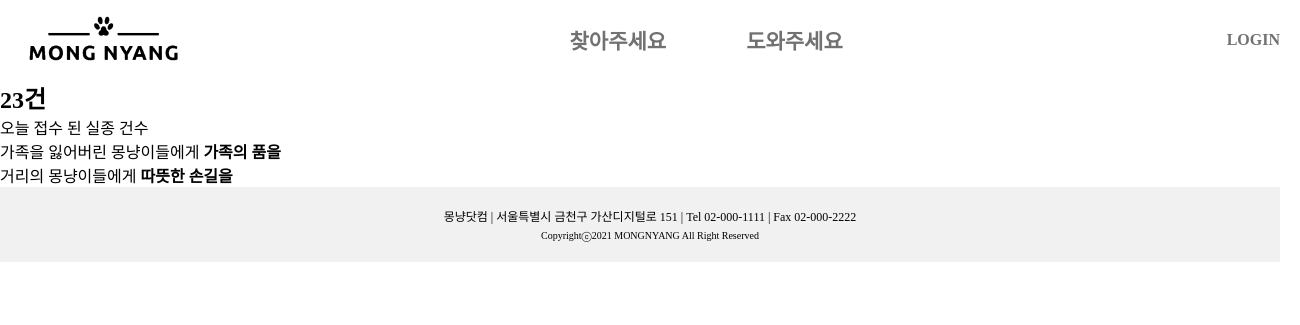
Repository: yl9517/2021.08.10_MONGNYANG_JSP
Page: http://localhost/mongNyang/main.jsp
An editor plug-in stored every save of this project. The page is shown before and after the next save, followed by the edit.
The browser window is 1280 px wide. The page is 1300 px wide, so the pictures cover 1300 px, including what lies to the right of the window. The pictures show the whole page.
The page is served by Tomcat 9. Other server files are loaded and not shown.

Above is the page before, as saved 2021-08-13 15:06:30.

### mongNyang/WebContent/main.jsp
<%@ page language="java" contentType="text/html; charset=UTF-8"
    pageEncoding="UTF-8"%>
<!DOCTYPE html>
<html>
<head>

<meta charset="UTF-8">
<title>Insert title here</title>
<link rel="stylesheet" href="../css/main.css">
</head>
<body>
	<%@ include file="header.jsp" %>

	<div id="main_wrap">
		<div id="main_img">
			<div id="chart">
				<div class="data">
					<h2>23건</h2>
					<p>오늘 접수 된 실종 건수</p>
				</div>
			</div>
			<p class="msg">
				가족을 잃어버린 몽냥이들에게 <b>가족의 품을</b> <br>
				거리의 몽냥이들에게 <b>따뜻한 손길을</b>
			</p>
		</div>
	</div>


	<%@ include file="footer.jsp" %>
</body>
</html>

### mongNyang/WebContent/header.jsp
<%@ page language="java" contentType="text/html; charset=UTF-8"
    pageEncoding="UTF-8"%>
<!DOCTYPE html>
<html>
<head>
<meta charset="UTF-8">
<title>Insert title here</title>
<link rel="stylesheet" href="../css/header2.css">
<script src="https://code.jquery.com/jquery-3.6.0.min.js"></script>
</head>
<body>
	<header>
		<nav id="head">
			<div class="logo">
				<img src="../images/logo.png" alt="logo">
			</div>
			<ul class="boards">
				<li><a href="#"> 찾아주세요</a> </li>
				<li><a href="#"> 도와주세요</a> </li>
			</ul>

			<!-- 로그인 null -->
			<div class="user">
				<a href="#">LOGIN</a>
			</div>

			<a href="#" class="toogleBtn">
				<img src="../images/line.png" alt="toogle">
			</a>
		</nav>
	</header>
	<script src="../js/header.js"></script>
</body>
</html>

### mongNyang/WebContent/footer.jsp
<%@ page language="java" contentType="text/html; charset=UTF-8"
    pageEncoding="UTF-8"%>
<!DOCTYPE html>
<html>
<head>
<meta charset="UTF-8">
<title>Insert title here</title>
<link rel="stylesheet" href="../css/footer.css">
</head>
<body>
	<footer>
		<div id="foot">
			<div id="shopInfo">
				<p>몽냥닷컴  | 서울특별시 금천구 가산디지털로 151  |  Tel 02-000-1111  |  Fax 02-000-2222</p>
					<p>Copyrightⓒ2021 MONGNYANG   All Right Reserved</p>
			</div>
		</div>
	</footer>
</body>
</html>

### mongNyang/WebContent/css/main.css
*{
	margin:0;
	padding:0;
	box-sizing: border-box;
}

/* 메인 전체 */
#mainWrap{
	width : 100%;
	height : 780px;
}

/* 메인 이미지 */
#mainImg{
	height : 100%;
	background-image: url("../images/bigMainBack.jpg");
	background-repeat: no-repeat;
	background-position: center center;
	background-size: cover;
	background-attachment: fixed;
}

/* 데이터 */
#mainWrap #data{
	list-style:none;
	background-color: rgba(0,0,0,0.3);
	text-align: center;
	color : white;

	position: absolute;
	top: 200px;
	right : 30px;

}
#data li{
	float: left;
	width : 260px;
	height :260px;
	padding: 22px;
}

#data li h2{
	font-size: 53px;
	padding-bottom : 20px;
	border-bottom: 5px solid rgba(255,255,255,0.7);
}
#data li p{
	font-size: 22px;
	margin-top : 50px;
	font-weight: bolder;
}
#data li:first-child p{
	margin-top : 30px;
}

/* 메세지 */
#mainWrap .msg{
	font-size: 45px;
    color: white;
    position: absolute;
    top: 680px;
    left: 60px;
}




/* 768px 미만 시 */
@media screen and (max-width:768px){
	#mainWrap .msg{
	   display: none;
	}
}

### mongNyang/WebContent/css/header2.css
*{
	margin:0;
	padding:0;
	box-sizing: border-box;
}
a{
	text-decoration: none;
	color: #717171;
}

/* 헤더 감싼 부분 */
header{
	width: 100%;
}

/* 헤더 */
#head{
	width: 1300px;
	height : 80px;
	margin: 0 auto;
	text-align :center;

	display: flex;
	justify-content: space-between;
	align-items: center;
	padding: 20px;

}
/* 로고  */
#head .logo img{
	height: 50px;
}

/* 게시판 */
#head .boards{
	display: flex;
	list-style: none;
}

#head .boards li{
	padding : 10px 30px;
	margin : 0 10px;
	font-size:21px;
	font-weight: bolder;
	cursor: pointer;
}
#head .boards li:hover{
	color:black;
}

/* 유저 */
#head .user{
	color : #A8A8A8;
	font-weight: bolder;
}
#head .user:hover{
	color:black;
}

/* 토글버튼 */
#head .toogleBtn img{
	width: 32px;
}

#head .toogleBtn{
	display:none;
	position: absolute;
	top : 9px;
	right: 32px;
}

/* 768px 미만 시 */
@media screen and (max-width:768px){
	#head{
		display: flex;
		flex-direction : column;
		width: 100%;
		height : 50px;
		padding: 5px;
	}
	#head .logo img{
		height: 40px;
	}
	#head .boards{
		flex-direction : column;
		align-items: center;
		width: 100%;
		display:none;
		background-color: white;
	}
	#head .boards li{
		width: 100%;
		margin : 5px 0;
	}
	#head .boards li:hover{
		width: 100%;
		color:black;
		background-color: skyblue;
		border-radius: 10px;
	}
	#head .user{
		display:none;
		margin-top: 10px;
		background-color: white;
	}
	#head .toogleBtn{
		display: block;
	}

}

### mongNyang/WebContent/js/header.js
const toogleBtn = document.querySelector('.toogleBtn');
const boards = document.querySelector('.boards');
const user = document.querySelector('.user');

let num =1;

toogleBtn.addEventListener('click',() => {

	if(num%2==1){
		boards.style.display="block";
		user.style.display = "block";
		num++;
	}else{
		boards.style.display="none";
		user.style.display = "none";
		num++;
	}
});

### mongNyang/WebContent/css/footer.css
*{
	margin:0;
	padding:0;
	box-sizing: border-box;
}

/* 푸터 감싼 부분 */
footer{
	width: 100%;
	background-color: #F1F1F1;
}

/* 푸터 */
#foot{
	width: 1300px;
	height : 75px;
	margin: 0 auto;
	text-align :center;
	padding: 20px;
}

/* 텍스트*/
#foot #shopInfo p{
	font-size: 12px;
}
#foot #shopInfo p:last-child{
	font-size: 10px;
	margin-top: 5px;
}
@media screen and (max-width:768px){
	#foot{
	width: 100%;
	}
}

After the next save:
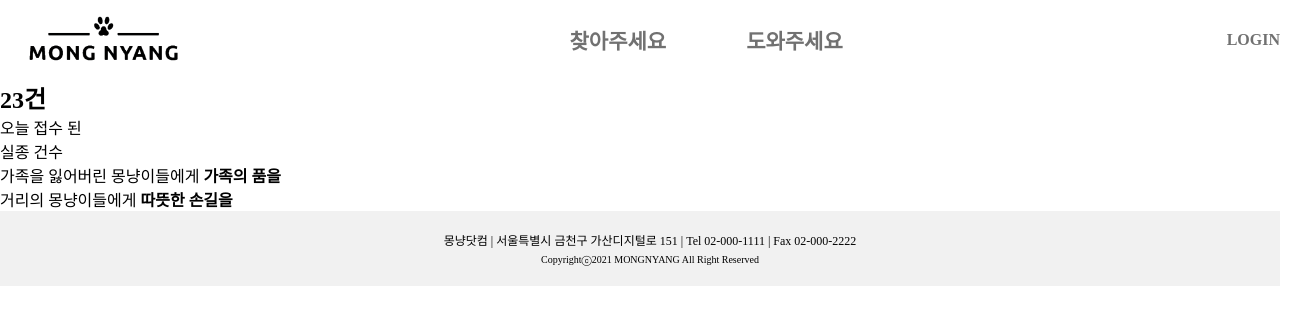
Saved 3 min 52 s later.
--- a/mongNyang/WebContent/main.jsp
+++ b/mongNyang/WebContent/main.jsp
@@ -16,7 +16,7 @@
 			<div id="chart">
 				<div class="data">
 					<h2>23건</h2>
-					<p>오늘 접수 된 실종 건수</p>
+					<p>오늘 접수 된 <br> 실종 건수</p>
 				</div>
 			</div>
 			<p class="msg">
